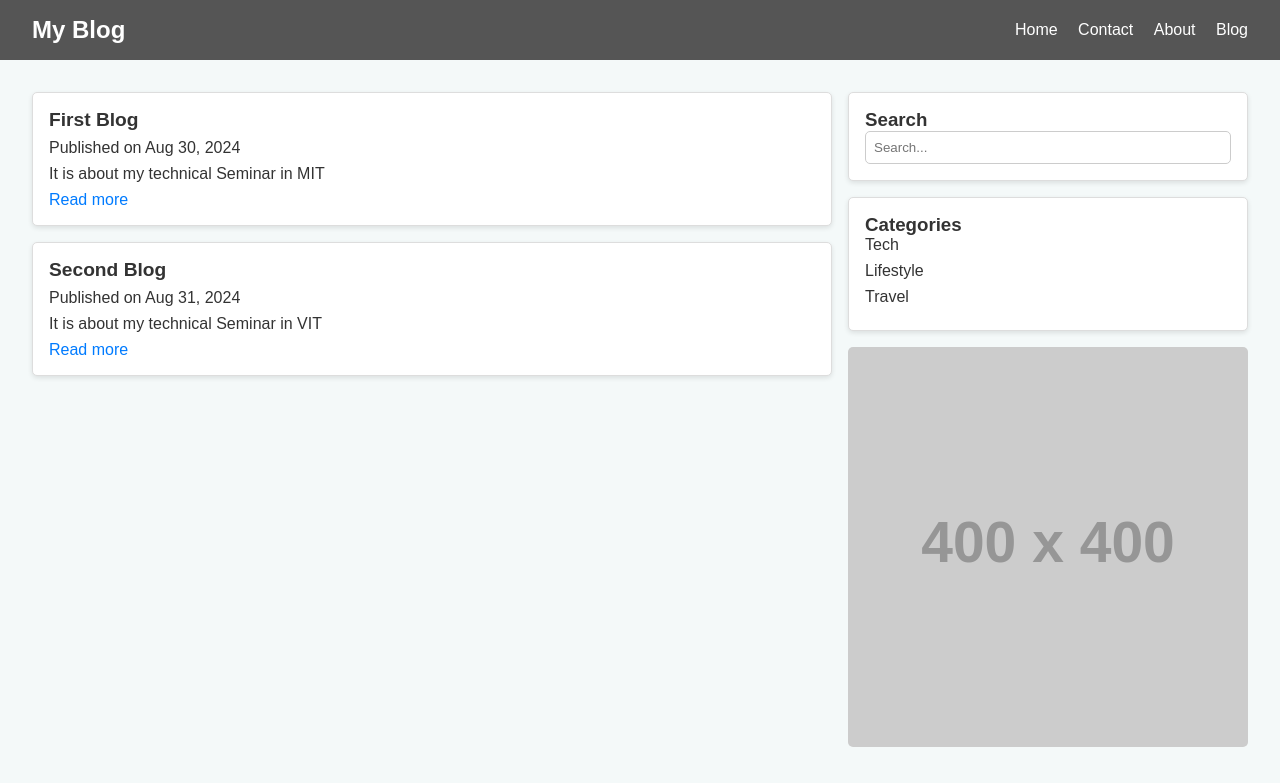
Repository: obusakthi539/Loginform
Page: Myblog.html
An editor plug-in stored every save of this project. The page is shown before and after the next save, followed by the edit.
The browser window is 1280 px wide. The pictures show the whole page.

Above is the page before, as saved 2025-01-12 16:41:57.

After the next save:
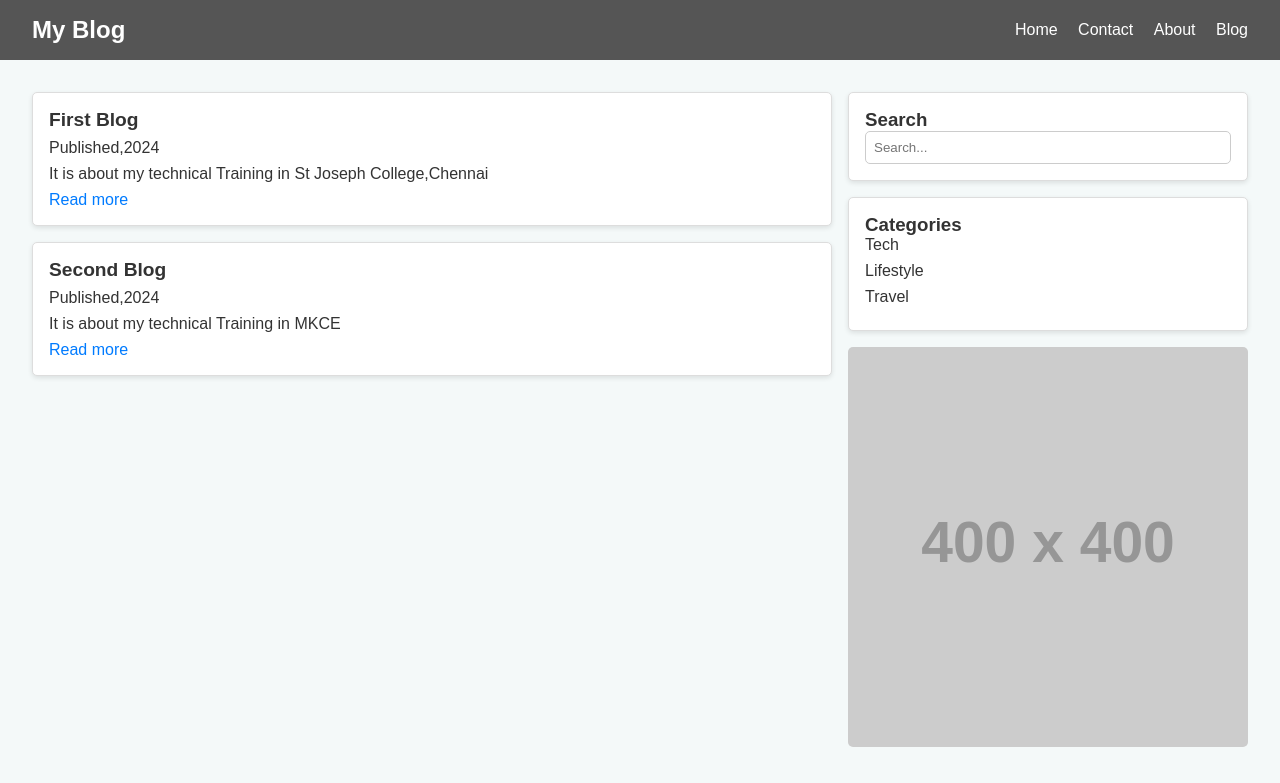
Saved 4 min 0 s later.
--- a/Myblog.html
+++ b/Myblog.html
@@ -153,15 +153,15 @@
         <div class="left-section">
             <div class="blog-card">
                 <h2>First Blog</h2>
-                <p>Published on Aug 30, 2024</p>
-                <p>It is about my technical Seminar in MIT</p>
+                <p>Published,2024</p>
+                <p>It is about my technical Training in St Joseph College,Chennai</p>
                 <a href="#">Read more</a>
             </div>
 
             <div class="blog-card">
                 <h2>Second Blog</h2>
-                <p>Published on Aug 31, 2024</p>
-                <p>It is about my technical Seminar in VIT</p>
+                <p>Published,2024</p>
+                <p>It is about my technical Training in MKCE</p>
                 <a href="#">Read more</a>
             </div>
         </div>
